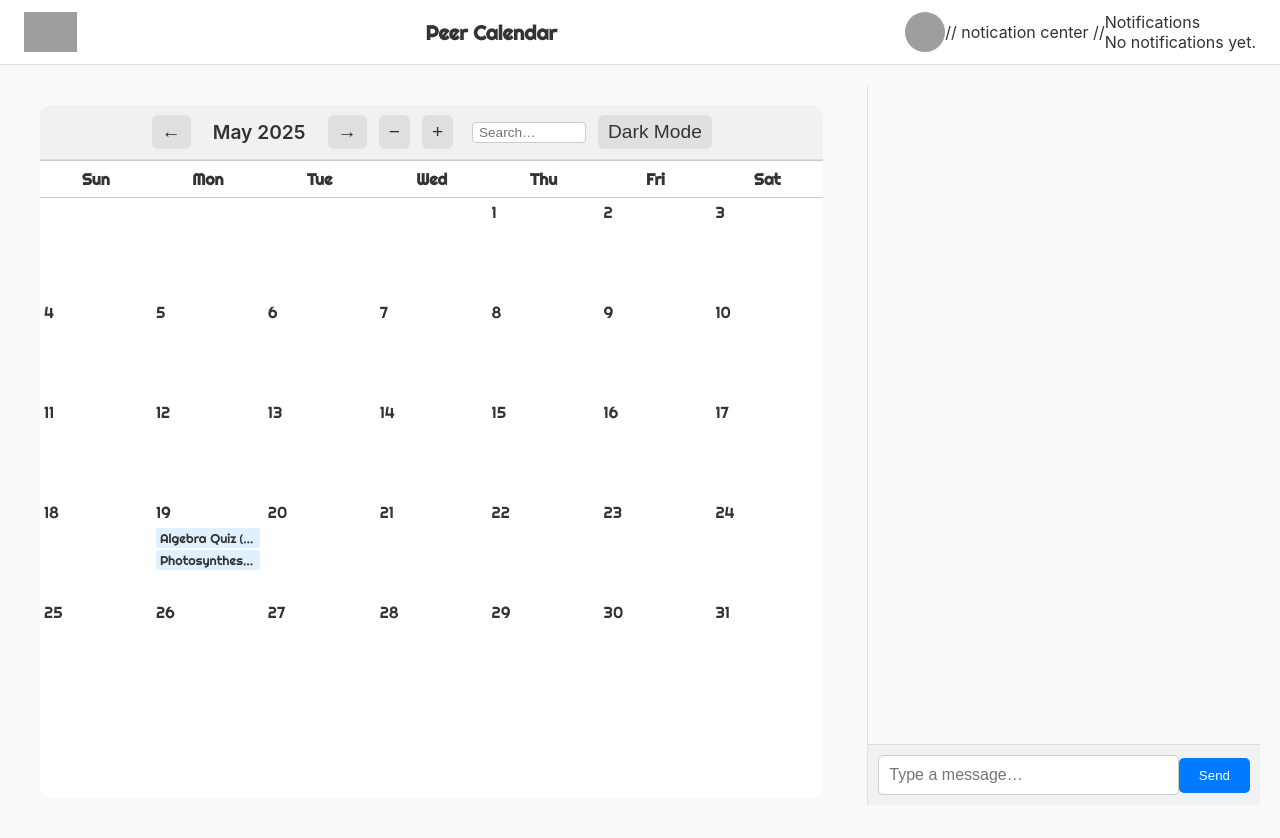
Repository: saifg123/Peer
Page: app.html
An editor plug-in stored every save of this project. The page is shown before and after the next save, followed by the edit.
The browser window is 1280 px wide. The pictures show the whole page.
Pictures or frames that could not be fetched are drawn as grey boxes.

Above is the page before, as saved 2025-05-20 19:39:11.

### app.html
<!DOCTYPE html>
<html lang="en">
<head>
  <meta charset="UTF-8" />
  <meta name="viewport" content="width=device-width, initial-scale=1.0" />
  <title>Peer Calendar</title>
  <link href="https://fonts.googleapis.com/css2?family=Righteous&display=swap" rel="stylesheet" />
  <link rel="stylesheet" href="stylesapp.css" />
  <style>
    .app-header {
      display: flex;
      align-items: center;
      justify-content: space-between;
      padding: 12px 24px;
      background-color: #ffffff;
      border-bottom: 1px solid #e0e0e0;
      position: sticky;
      top: 0;
      z-index: 100;
    }

    .app-logo {
      height: 40px;
    }

    .header-center-text {
      font-family: 'Righteous', sans-serif;
      font-size: 20px;
      font-weight: bold;
      flex-grow: 1;
      text-align: center;
      color: #333;
    }

    .profile-icon {
      height: 40px;
      width: 40px;
      border-radius: 50%;
      object-fit: cover;
    }

    .app-container {
      display: flex;
      flex-direction: row;
      align-items: flex-start;
    }

    .calendar-app {
      flex: 2;
      min-width: 0;
    }

    .chatbox {
      flex: 1;
      min-width: 300px;
      max-width: 400px;
      margin-left: 24px;
      background: #fafafa;
      border-left: 1px solid #e0e0e0;
      height: 100vh;
      display: flex;
      flex-direction: column;
      position: sticky;
      top: 0;
    }

    .chat-messages {
      flex: 1;
      overflow-y: auto;
      padding: 16px;
      display: flex;
      flex-direction: column;
      gap: 10px;
    }

    .chat-message {
      max-width: 70%;
      padding: 10px 14px;
      border-radius: 16px;
      margin-bottom: 4px;
      word-break: break-word;
      display: inline-block;
      clear: both;
    }

    .chat-message.sent {
      align-self: flex-end;
      background: #007bff;
      color: #fff;
      border-bottom-right-radius: 4px;
      border-bottom-left-radius: 16px;
    }

    .chat-message.received {
      align-self: flex-start;
      background: #e4e6eb;
      color: #222;
      border-bottom-left-radius: 4px;
      border-bottom-right-radius: 16px;
    }

    .chat-input-area {
      display: flex;
      justify-content: space-between;
      align-items: center;
      padding: 10px;
      background-color: #f1f1f1;
    }

    #chat-input {
      width: 80%;
      padding: 10px;
      border-radius: 5px;
      border: 1px solid #ccc;
    }

    #chat-send {
      padding: 10px 20px;
      background-color: #007bff;
      color: white;
      border: none;
      border-radius: 5px;
      cursor: pointer;
    }

    #chat-send:hover {
      background-color: #0056b3;
    }

    body.dark-mode {
      background-color: #121212;
      color: #000000;
    }

    body.dark-mode .chatbox {
      background-color: #1e1e1e;
      border-left: 1px solid #333;
    }

    body.dark-mode .chat-message.sent {
      background-color: #4a90e2;
    }

    body.dark-mode .chat-message.received {
      background-color: #2a2a2a;
    }

    body.dark-mode .chat-input-area {
      background-color: #1e1e1e;
    }

    body.dark-mode input,
    body.dark-mode textarea {
      background-color: #333;
      color: #f1eaea;
      border: 1px solid #555;
    }

    body.dark-mode .app-header {
      background-color: #292626;
      border-bottom: 1px solid #333;
    }

    body.dark-mode .header-center-text {
      color: #ffffff;
    }
  </style>
</head>
<body>
  <header class="app-header">
    <img src="logo.png" alt="Logo" class="app-logo" />
    <div class="header-center-text">Peer Calendar</div>
    <img src="profile.jpg" alt="Profile" class="profile-icon" />
    // notication center //
    <div class="notification-center hiddden" id="notication-center"</div>
      <div class="notification-header">Notifications</div>
      <div class="notification-list"></div>
      <div class="notification-item">No notifications yet.</div>
    </div>

  </header>

  <div class="app-container">
    <!-- Calendar Panel -->
    <div class="calendar-app">
      <div id="calendar-controls">
        <button type="button" id="prev">&larr;</button>
        <div id="view-label">Month</div>
        <button type="button" id="next">&rarr;</button>
        <button type="button" id="zoom-out">−</button>
        <button type="button" id="zoom-in">+</button>
        <input id="event-search" placeholder="Search…" />
        <button type="button" id="toggle-dark-mode">Dark Mode</button>
      </div>
      <div id="calendar-view"></div>
      <div id="calendar"></div>
    </div>

    <div id="event-modal" class="hidden">
      <div id="event-modal-content">
        <div id="event-modal-header">
          <span id="event-modal-date"></span>
          <button type="button" id="event-modal-close">&times;</button>
        </div>
        <textarea id="event-modal-text" placeholder="Add a note..."></textarea>
        <button type="button" id="event-modal-save">Save</button>
      </div>
    </div>

    <!-- Chat Panel -->
    <div class="chatbox">
      <div id="chat-messages" class="chat-messages"></div>
      <div class="chat-input-area">
        <input type="text" id="chat-input" placeholder="Type a message…" />
        <button type="button" id="chat-send">Send</button>
      </div>
    </div>
  </div>

  <script src="script.js"></script>
</body>
</html>

### stylesapp.css
/* Base */
body {
  margin: 0;
  font-family: -apple-system, BlinkMacSystemFont, sans-serif;
  background: #f9f9f9;
  color: #333;
}
.calendar-app {
  max-width: 900px;
  margin: 20px 0 20px 20px;
  /* ✨ Rounded outer container */
  border-radius: 12px;
  background: #fff;           /* ensure bgcolor behind rounded edges */
  overflow: hidden;
}

/* Controls */
#calendar-controls {
  display: flex;
  align-items: center;
  justify-content: center;
  gap: 12px;
  padding: 10px;
  background: #f1f1f1;
  border-bottom: 1px solid #ddd;
}
#calendar-controls button {
  font-size: 1.2em;
  padding: 6px 10px;
  background: #e0e0e0;
  color: #333;
  border: none;
  border-radius: 6px;
  cursor: pointer;
}
#calendar-controls button:hover {
  background: #d0d0d0;
}
#view-label {
  font-size: 1.2em;
  font-weight: 600;
  margin: 0 10px;
}

/* Transition wrapper */
.calendar-view {
  opacity: 1;
  transform: scale(1);
  transition: opacity 0.3s, transform 0.3s;
}
.calendar-view.transitioning {
  opacity: 0;
  transform: scale(0.98);
}

/* ========== DAY VIEW ========== */
.day-grid {
  font-family: Righteous, sans-serif;
  display: grid;
  grid-template-rows: repeat(24, 40px);
  border-left: 1px solid #ccc;
  position: relative;
}
.day-cell {
  font-family: Righteous, sans-serif;
  border-top: 1px solid #eee;
  padding-left: 50px;
  position: relative;
  display: flex;
  flex-direction: column;
  justify-content: flex-start;
  overflow-y: auto;
  padding: 2px;
  transition: background 0.2s;
}


.day-cell span {
  font-family: Righteous, sans-serif;
  position: absolute;
  left: 0;
  top: 0;
  font-size: 12px;
  color: #888;
}

/* ========== WEEK VIEW ========== */
.week-grid {
  font-family: Righteous, sans-serif;
  display: flex;
  flex-direction: column;
}
.week-labels {
  font-family: Righteous, sans-serif;
  display: grid;
  grid-template-columns: repeat(7, 1fr);
  background: #fafafa;
  border-bottom: 1px solid #ccc;
}
.week-label {
  font-family: Righteous, sans-serif;
  text-align: center;
  padding: 8px 0;
  font-weight: bold;
}
.week-row {
  font-family: Righteous, sans-serif;
  display: grid;
  grid-template-columns: repeat(7, 1fr);
  height: 45px; /* Or whatever height you want for each day */
}

.week-cell {
  font-family: Righteous, sans-serif;
  border: 1px solid #eee;
  position: relative;
  padding: 2px;
  display: flex;
  flex-direction: column;
  align-items: flex-start;
  overflow-y: auto;
  transition: background 0.2s;
}



/* ========== MONTH VIEW ========== */
.month-grid {
  font-family: Righteous, sans-serif;
  display: grid;
  grid-template-columns: repeat(7, 1fr);
  border-top: 1px solid #ccc;
}
.month-labels {
  font-family: Righteous, sans-serif;
  display: contents;
}
.month-label {
  font-family: Righteous, sans-serif;
  text-align: center;
  font-weight: bold;
  padding: 8px 0;
  border-bottom: 1px solid #ccc;
}
.month-row {
  font-family: Righteous, sans-serif;
  display: contents;
}
.month-cell {
  font-family: Righteous, sans-serif;
  height: 100px; /* or whatever height you want */
  overflow: hidden;
  display: flex;
  flex-direction: column;
  padding: 4px;
  box-sizing: border-box;
}

.month-cell .event-item {
  font-family: Righteous, sans-serif;
  align-self: flex-start; /* assignment goes under the date */
}

.month-cell.empty {
  font-family: Righteous, sans-serif;
  background: #f9f9f9;
  color: #ccc;
}



/* ========== MULTI‐MONTH (Quarter/Semester/Year) ========== */
.multi-month-grid {
  font-family: Righteous, sans-serif;
  display: grid;
  grid-template-columns: repeat(auto-fit, minmax(220px,1fr));
  gap: 20px;
  padding: 20px;
}
.month-tile {
  font-family: Righteous, sans-serif;
  background: #fff;
  border: 1px solid #ddd;
  border-radius: 10px;
  padding: 10px;
  position: relative;
  box-shadow: 0 1px 3px rgba(0,0,0,0.1);
}
.month-title {
  font-family: Righteous, sans-serif;
  text-align: center;
  font-weight: 600;
  margin-bottom: 8px;
}
.month-weekdays {
  font-family: Righteous, sans-serif;
  display: grid;
  grid-template-columns: repeat(7,1fr);
  font-size: 0.8em;
  font-weight: bold;
  text-align: center;
  color: #555;
  margin-bottom: 4px;
}
.month-days {
  font-family: Righteous, sans-serif;
  display: grid;
  grid-template-columns: repeat(7,1fr);
  text-align: center;
}
.day {
  font-family: Righteous, sans-serif;
  padding: 4px 0;
  font-size: 0.85em;
  /* ✨ Rounded mini‐cells + hover */
  border-radius: 4px;
  transition: background 0.2s;
}
.empty { visibility: hidden; }
.day:hover {
  font-family: Righteous, sans-serif;
  background: #e6f7ff;
}
.day.highlight {
  font-family: Righteous, sans-serif;
  background-color: #ffeb3b;
  font-weight: bold;
  border: 2px solid #f57c00;
  border-radius: 4px;
}
/* === Flex container for calendar + chat === */
.app-container {
  display: flex;
  gap: 20px;
  padding: 20px;
}



.chat-messages {
  flex: 1;
  padding: 10px;
  overflow-y: auto;
}

.chat-message {
  margin-bottom: 8px;
  padding: 6px 10px;
  border-radius: 8px;
  max-width: 80%;
}

.chat-message.user {
  background: #e0f7fa;
  align-self: flex-end;
}

.chat-message.bot {
  background: #f1f1f1;
  align-self: flex-start;
}

.chat-input-area {
  display: flex;
  border-top: 1px solid #ddd;
}

#chat-input {
  flex: 1;
  border: none;
  padding: 10px;
  font-size: 1em;
  outline: none;
}

#chat-send {
  border: none;
  background: #007aff;
  color: white;
  padding: 0 20px;
  cursor: pointer;
}
#chat-send:hover {
  background: #005ec2;
}
#event-search {
  margin-left: 0.5em;
  padding: 2px 6px;
  font-size: 0.85em;
  border: 1px solid #ccc;
  border-radius: 4px;
  width: 100px;
}
#event-modal {
  position: fixed;
  top: 0; left: 0;
  width: 100vw; height: 100vh;
  background: rgba(0, 0, 0, 0.4);
  display: flex;
  align-items: center;
  justify-content: center;
  z-index: 999;
}

#event-modal.hidden {
  display: none;
}

#event-modal-content {
  background: white;
  padding: 1em;
  border-radius: 6px;
  width: 300px;
  box-shadow: 0 2px 10px rgba(0,0,0,0.2);
  display: flex;
  flex-direction: column;
}

#event-modal-header {
  display: flex;
  justify-content: space-between;
  align-items: center;
  margin-bottom: 0.5em;
}

#event-modal-header span {
  font-weight: bold;
}

#event-modal-close {
  background: none;
  border: none;
  font-size: 1.2em;
  cursor: pointer;
}

#event-modal-text {
  width: 180px;
  height: 40px;
  font-size: 0.9em;
  resize: none;
  margin-bottom: 0.5em;
  padding: 4px;
}

/* Align the Add Note button to the right of the day header */
.day-header {
  display: flex;
  justify-content: space-between;
  align-items: center;
}
#open-note-day {
  font-size: 0.9em;
  padding: 4px 8px;
  border: none;
  background: #007aff;
  color: white;
  border-radius: 4px;
  cursor: pointer;
}
#open-note-day:hover {
  background: #005ec2;
}


/* Style the note banner under the header */
.note-banner {
  background: #fffae6;
  color: #333;
  padding: 4px 8px;
  margin: 4px 0;
  border: 1px solid #ffd54f;
  border-radius: 4px;
  cursor: grab;
  user-select: none;
}

/* When dragging */
.note-banner:active {
  opacity: 0.6;
}

/* Allow dropping into hour slots */
.day-cell {
  position: relative;
}
.day-cell.drag-over {
  background: #e0ffe0;
}
/* Force the modal textarea to be small */
#event-modal-text {
  width: 180px !important;
  height: 40px !important;
  min-height: 0 !important;
  resize: none !important;
  font-size: 0.9em;
  padding: 4px;
  box-sizing: border-box;
}
/* Day-view cells */
.day-cell {
  /* your existing rules… */
  transition: background 0.2s;
}
.day-cell:hover {
  background: #e6f7ff;
}

/* Week-view cells */
.week-cell {
  /* your existing rules… */
  transition: background 0.2s;
}
.week-cell:hover {
  background: #e6f7ff;
}

/* Month-view cells */
.month-cell {
  /* your existing rules… */
  transition: background 0.2s;
}
.month-cell:hover {
  background: #e6f7ff;
}
.note-banner {
  background: #e8f0fe;
  border-left: 4px solid #4285f4;
  padding: 4px 6px;
  margin: 4px 0;
  font-size: 0.85em;
  border-radius: 4px;
}
.event-item {
  font-size: 0.8em;
  background: #e0f0ff;
  margin: 2px 0;
  padding: 2px 4px;
  border-radius: 3px;
  white-space: nowrap;
  overflow: hidden;
  text-overflow: ellipsis;
}

.month-events {
  flex: 1;
  overflow-y: auto;
  margin-top: 4px;
}


.month-cell {
  display: flex;
  flex-direction: column;
  padding: 4px;
  box-sizing: border-box;
}
.note-banner {
  background: #fffdc4;
  border-left: 4px solid #f0c000;
  padding: 4px 8px;
  margin-top: 4px;
  font-size: 0.9em;
  border-radius: 4px;
}
.smooth-dragging {
  position: absolute;
  z-index: 10000;
  pointer-events: none;
  background: #ffe478;
  padding: 10px 14px;
  border-radius: 8px;
  box-shadow: 0 6px 16px rgba(0, 0, 0, 0.3);
  transform: rotate(-2deg) scale(1.05);
  animation: wobble-float 0.5s infinite ease-in-out;
}

@keyframes wobble-float {
  0%   { transform: rotate(-2deg) translateY(0); }
  50%  { transform: rotate(-3deg) translateY(-3px); }
  100% { transform: rotate(-2deg) translateY(0); }
}

.note-banner.drop-bounce {
  animation: drop-bounce 0.3s ease-out;
}

@keyframes drop-bounce {
  0%   { transform: scale(1.1) translateY(-4px); }
  100% { transform: scale(1) translateY(0); }
}

Loaded but not shown: script.js (566 lines, source omitted)

After the next save:
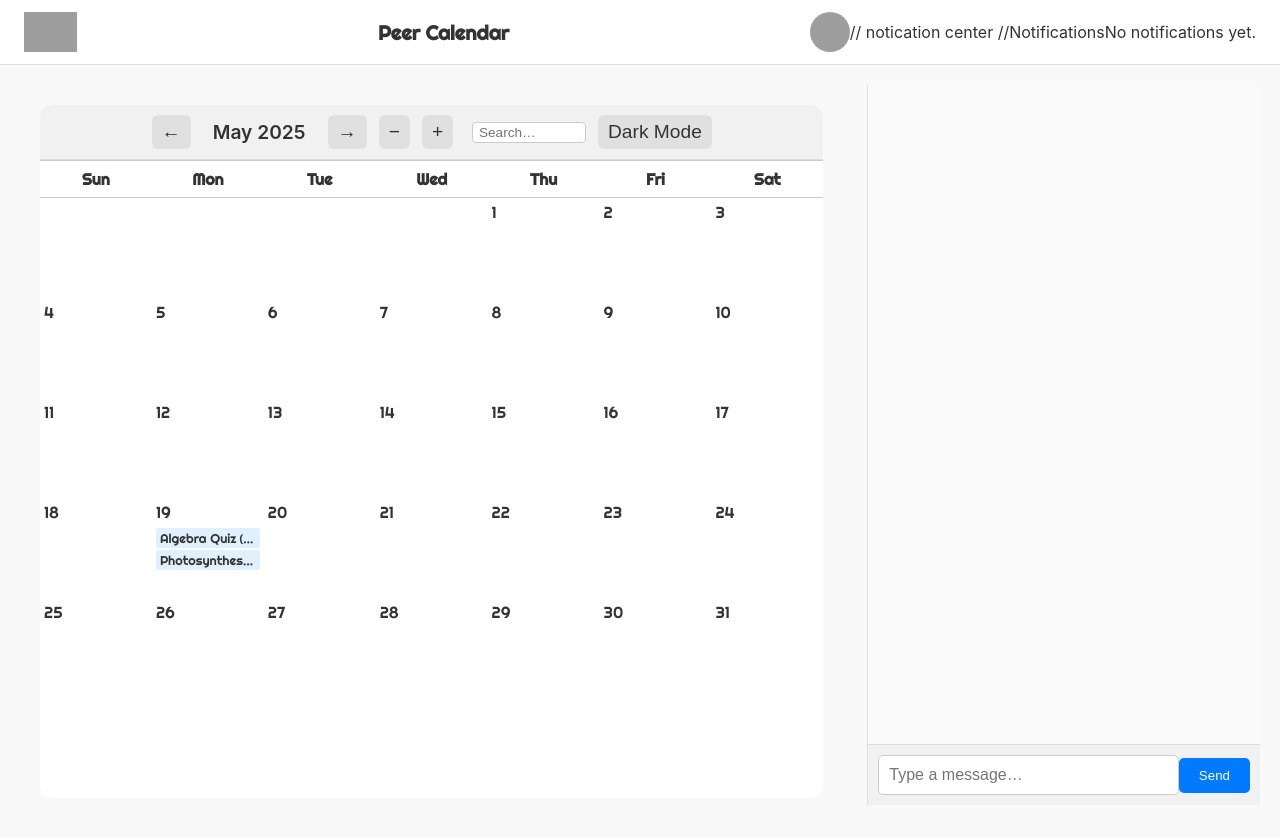
Saved 44 s later.
--- a/app.html
+++ b/app.html
@@ -172,7 +172,7 @@
     <div class="header-center-text">Peer Calendar</div>
     <img src="profile.jpg" alt="Profile" class="profile-icon" />
     // notication center //
-    <div class="notification-center hiddden" id="notication-center"</div>
+    <div class="notification-center hiddden" id="notication-center"
       <div class="notification-header">Notifications</div>
       <div class="notification-list"></div>
       <div class="notification-item">No notifications yet.</div>
